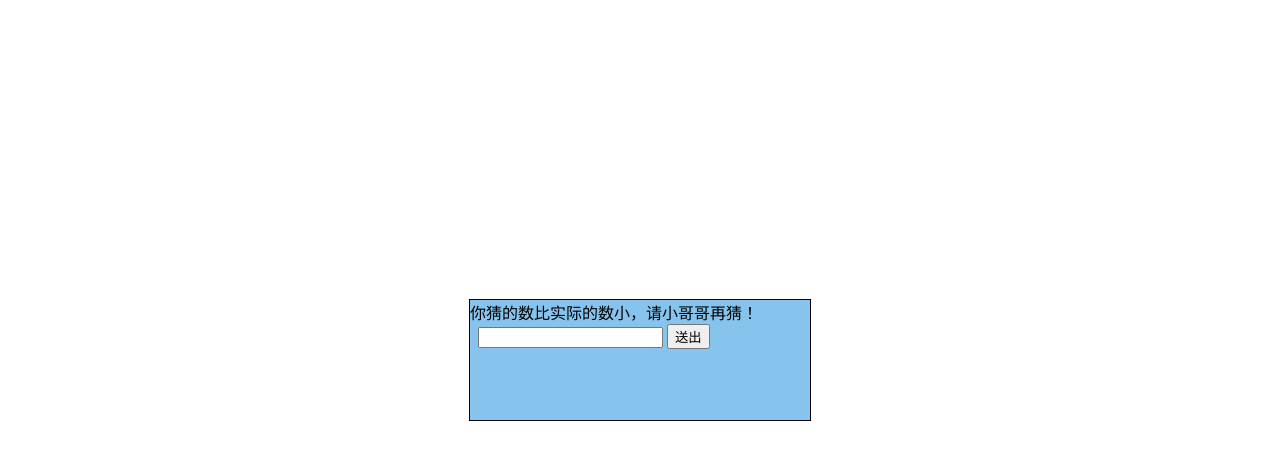
Repository: guirui-li/StudyJavaWeb
Page: http://localhost/JavawebTest/experiment04/small.jsp
These files come from the project's save history. The page is drawn as it stood at one moment and after the next save; the edit follows.
The browser window is 1280 px wide. The pictures show the whole page.
The page is served by Tomcat 9. Other server files are loaded and not shown.

Above is the page before, as saved 2019-05-03 07:05:05.

### JavawebTest/WebContent/experiment04/small.jsp
<%@ page language="java" contentType="text/html; charset=UTF-8"
    pageEncoding="UTF-8"%>
<!DOCTYPE html>
<html>
<head>
<meta charset="UTF-8">
<title>to small</title>
	<style type="text/css">
		#div{
			border:1px solid black;
			width:340px;
			height:120px;
			background-color:#87c4ed;
			position:absolute;
			top:50%;
			left:50%;
			transform:translate(-50%,-50%);
		}
	</style>
</head>
<body>
	<div id="div">
		你猜的数比实际的数小，请小哥哥再猜！
		<form action="result.jsp" method="post" name="form1">
			<label>&nbsp;
				<input type="text" name="boy">
			</label>
			<input type="submit" value="送出" name="submit">
		</form>
	</div>
</body>
</html>

After the next save:
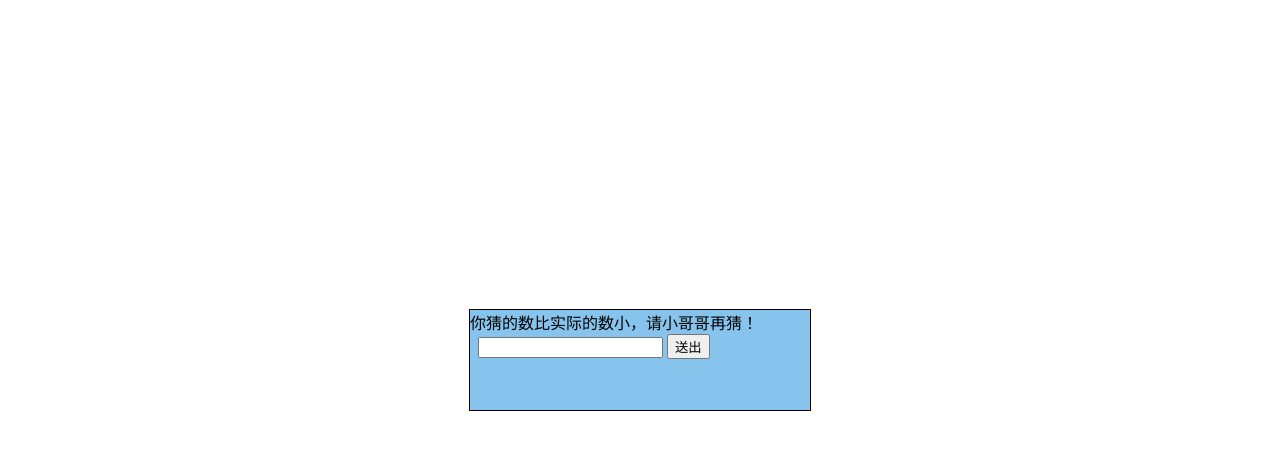
Saved 16 s later.
--- a/JavawebTest/WebContent/experiment04/small.jsp
+++ b/JavawebTest/WebContent/experiment04/small.jsp
@@ -9,7 +9,7 @@
 		#div{
 			border:1px solid black;
 			width:340px;
-			height:120px;
+			height:100px;
 			background-color:#87c4ed;
 			position:absolute;
 			top:50%;
